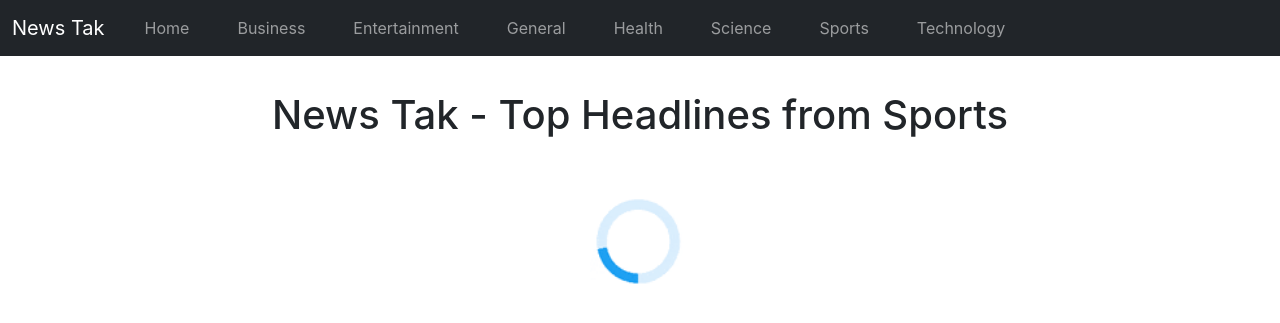
Repository: Rohit-foryou/News-website
Page: /sports
These files come from the project's save history. The page is drawn as it stood at one moment and after the next save; the edit follows.
The browser window is 1280 px wide. The pictures show the whole page.
The page's requests for data from a server got no answer. The project was rebuilt for these pictures with package versions that can differ from the ones it lists, and the page was loaded fresh each time. No one was signed in, and anything a server would have sent is missing. Also part of the build but not shown: src/Components/NewsItem.js.

Above is the page before, as saved 2024-01-12 10:41:39.

After the next save:
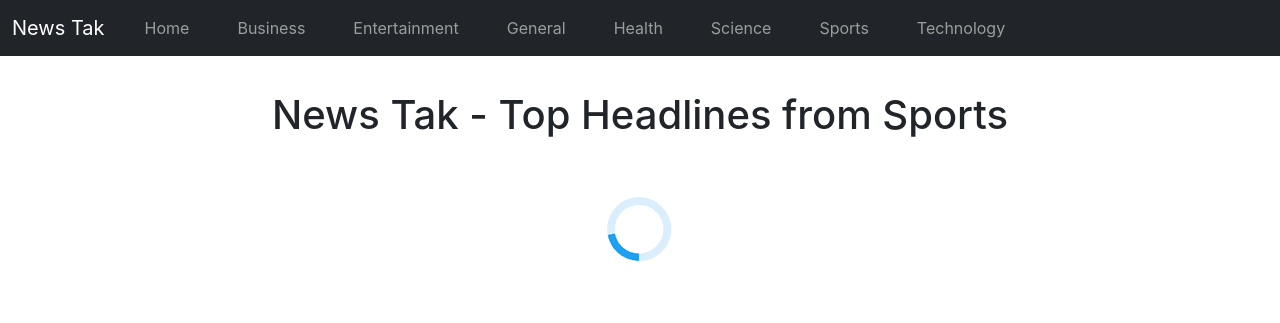
Saved 12 s later.
--- a/src/Components/Spinner.js
+++ b/src/Components/Spinner.js
@@ -5,7 +5,7 @@ import giphy from './giphy.gif'
 const Spinner = () => {
   return (
     <div className='text-center my-3'>
-      <img src={giphy} alt="loading" style={{ width: '100px', height: '100px' }} />
+      <img src={giphy} alt="loading"  />
     </div>
   );
 }
